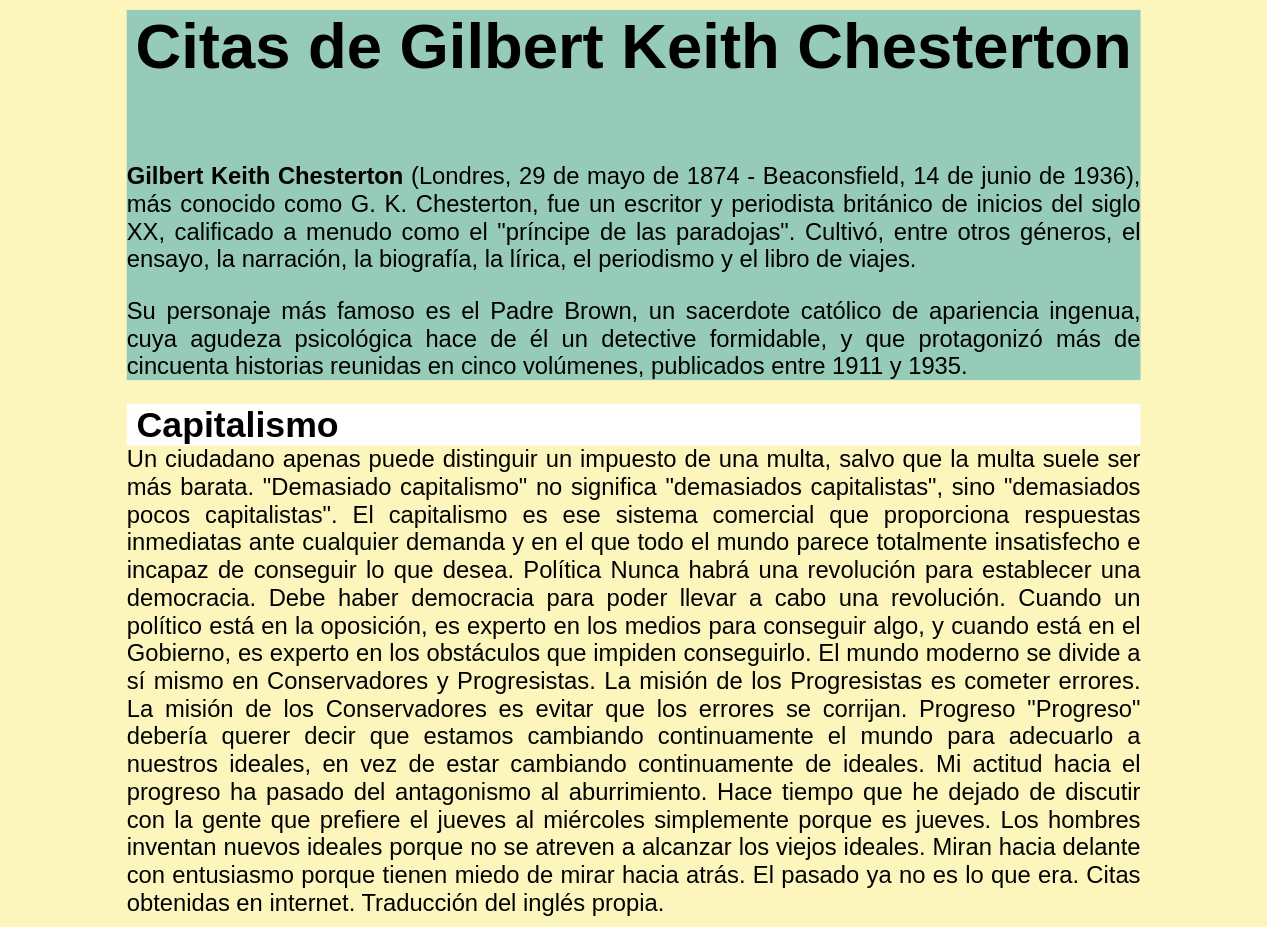
Repository: EmilyMachuca-Developer/Advanced-Programming-Projects
Page: index.html
An editor plug-in stored every save of this project. The page is shown before and after a run of saves, followed by the edit.
The browser window is 1280 px wide. The pictures show the whole page, at 99% of full size.

Above is the page before, as saved 2024-02-26 20:26:13.

After the next 2 saves:
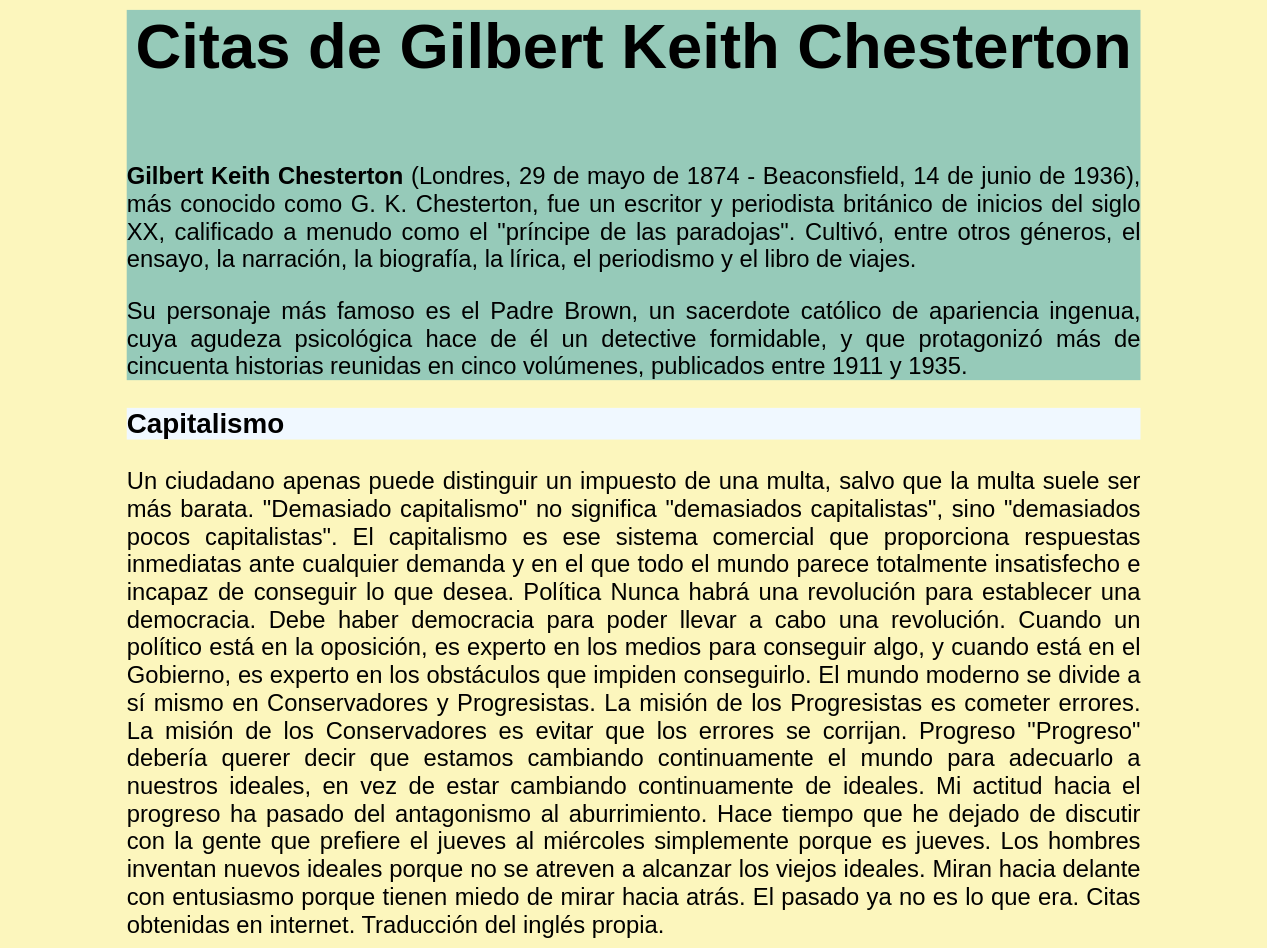
The 2 saves are shown as one change because they came seconds apart.
The last was saved 15 s later.
--- a/index.html
+++ b/index.html
@@ -12,7 +12,7 @@
         <p>Su personaje más famoso es el Padre Brown, un sacerdote católico de apariencia ingenua, cuya agudeza psicológica hace de él un detective formidable, y que protagonizó más de cincuenta historias reunidas en cinco volúmenes, publicados entre 1911 y 1935.</p>
     </div>
 
-<div style="background-color: aliceblue;"><h2>Capitalismo</h2></div>
+<div style="background-color: aliceblue;"><h3>Capitalismo</h3></div>
 
 
 Un ciudadano apenas puede distinguir un impuesto de una multa, salvo que la multa suele ser más barata.
